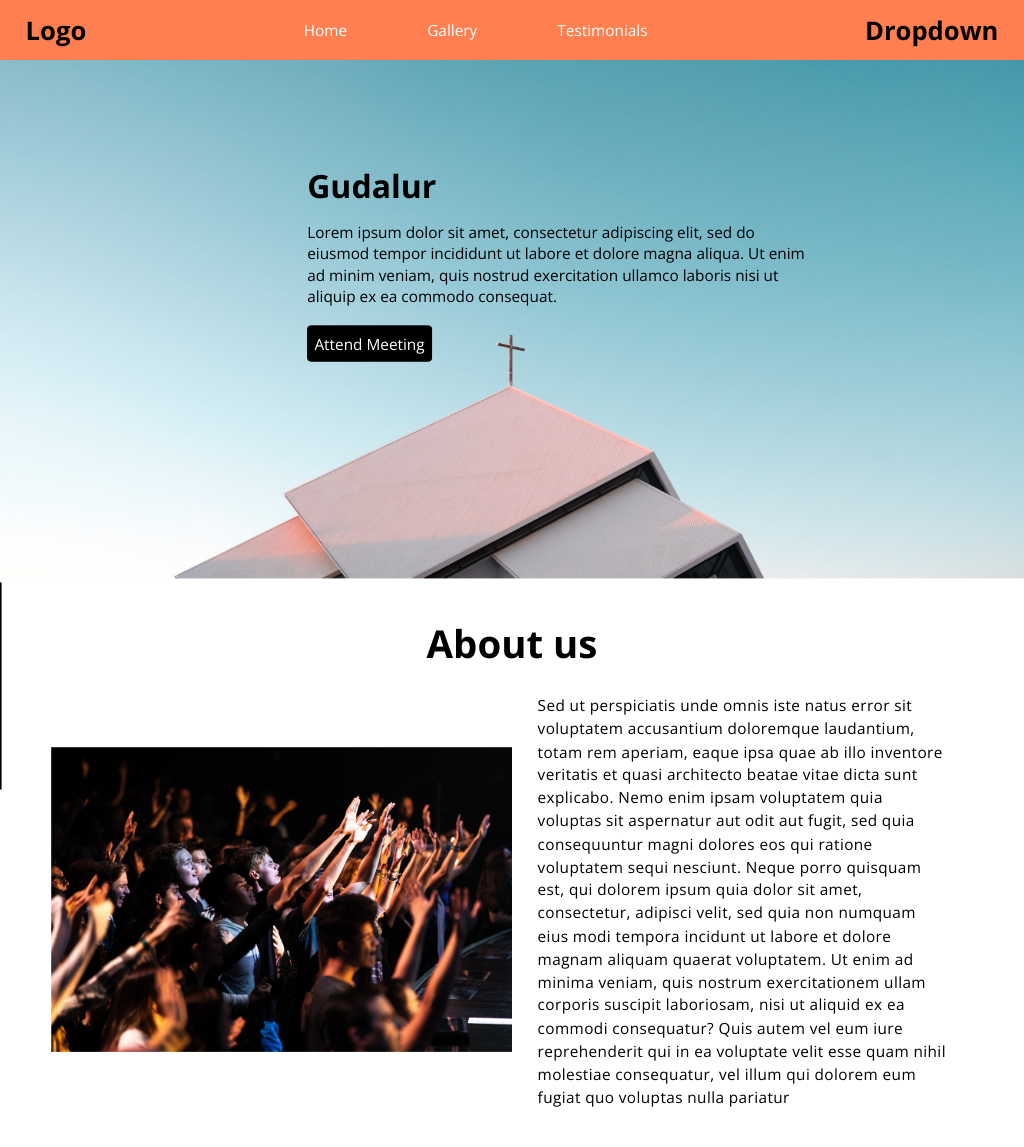
Repository: Imprasna/church
Page: index.html
The author's editor kept a copy of each file at every save. The page is drawn from the files as they stood at one save, then again after the next save.
The browser window is 1280 px wide. The pictures show the whole page, at 80% of full size.

Above is the page before, as saved 2022-01-18 23:21:14.

After the next save:
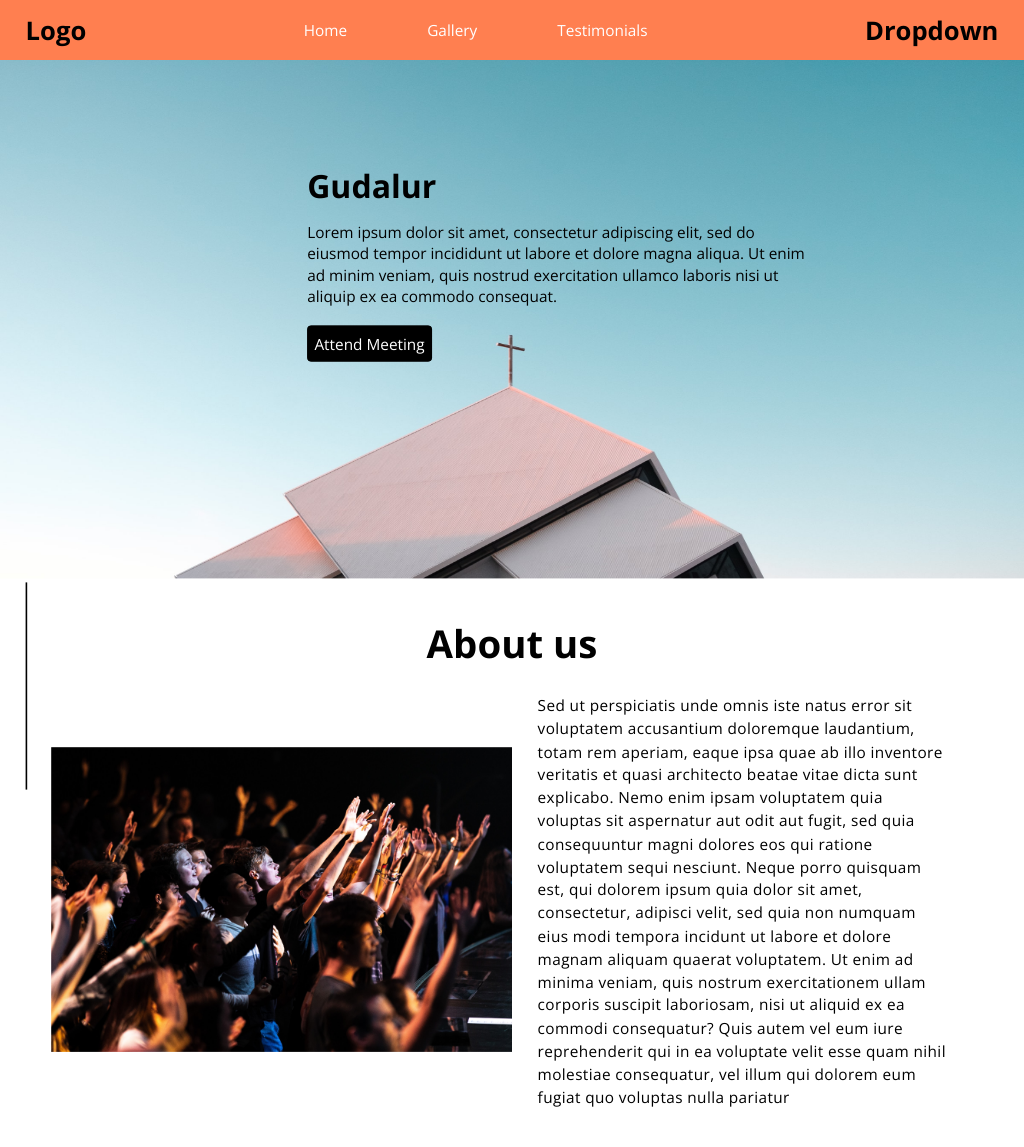
Saved 6 s later.
--- a/style.css
+++ b/style.css
@@ -88,7 +88,7 @@ nav > a {
     height: 40%;
     width: 2px;
     background: var(--secondary-color);
-    left: 0;
+    left: 2rem;
 }
 
 .about_sec {
